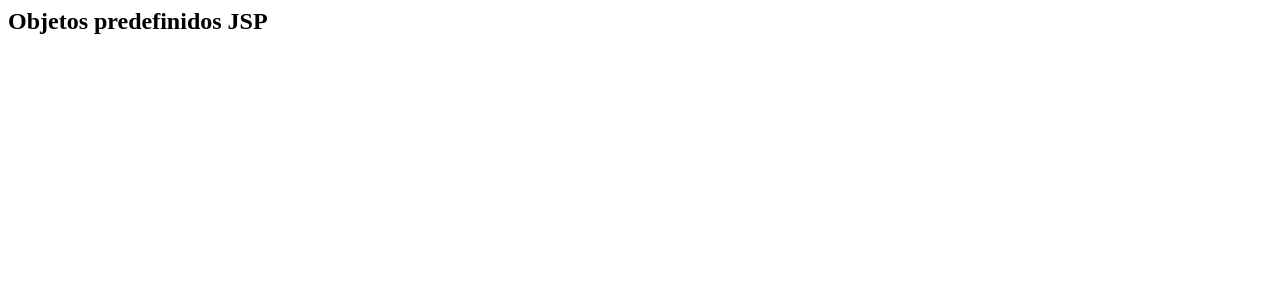
Repository: jchemile/varios
Page: http://localhost/Primeros_pasos_JSP/ejemplo_objetos.jsp
These files come from the project's save history. The page is drawn as it stood at one moment and after the next save; the edit follows.
The browser window is 1280 px wide. The pictures show the whole page.
The page is served by Tomcat 9. Other server files are loaded and not shown.

Above is the page before, as saved 2020-04-19 22:18:52.

### pildoras_informaticas/javaee/Primeros_pasos_JSP/WebContent/ejemplo_objetos.jsp
<html>
<body>

<h2>Objetos predefinidos JSP</h2>



</body>
</html>

After the next save:
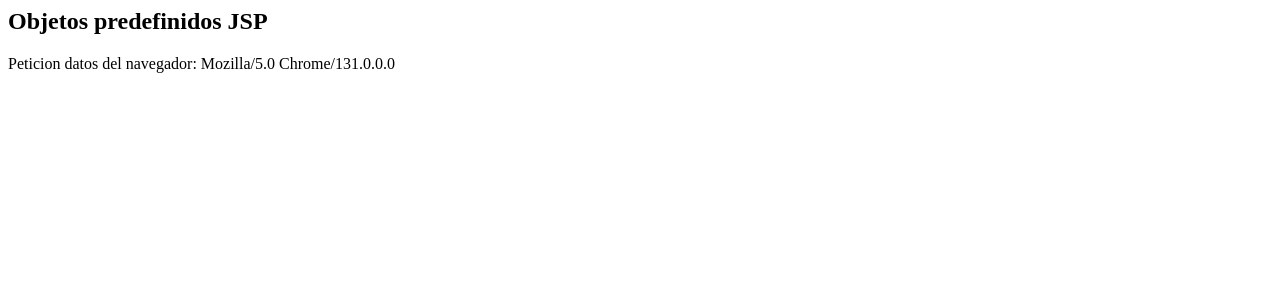
Saved 58 s later.
--- a/pildoras_informaticas/javaee/Primeros_pasos_JSP/WebContent/ejemplo_objetos.jsp
+++ b/pildoras_informaticas/javaee/Primeros_pasos_JSP/WebContent/ejemplo_objetos.jsp
@@ -3,7 +3,7 @@
 
 <h2>Objetos predefinidos JSP</h2>
 
-
+Peticion datos del navegador: <%= request.getHeader("User-Agent") %>
 
 </body>
 </html>
